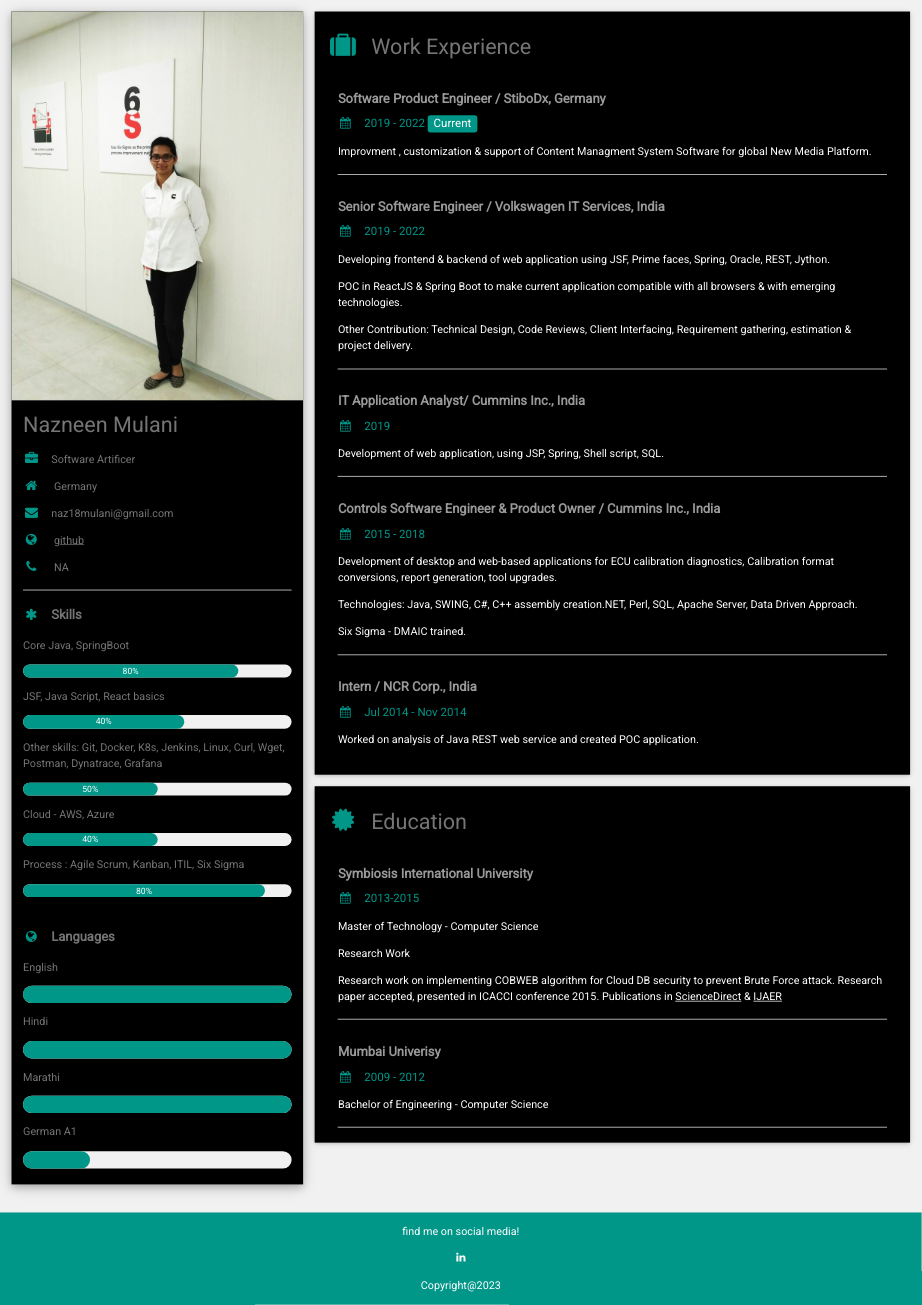
Repository: nazneenprojects/nazneen.github.io
Page: index.html
The author's editor kept a copy of each file at every save. The page is drawn from the files as they stood at one save, then again after the next save.
The browser window is 1280 px wide. The pictures show the whole page, at 72% of full size.

Above is the page before, as saved 2023-07-09 00:03:35.

After the next save:
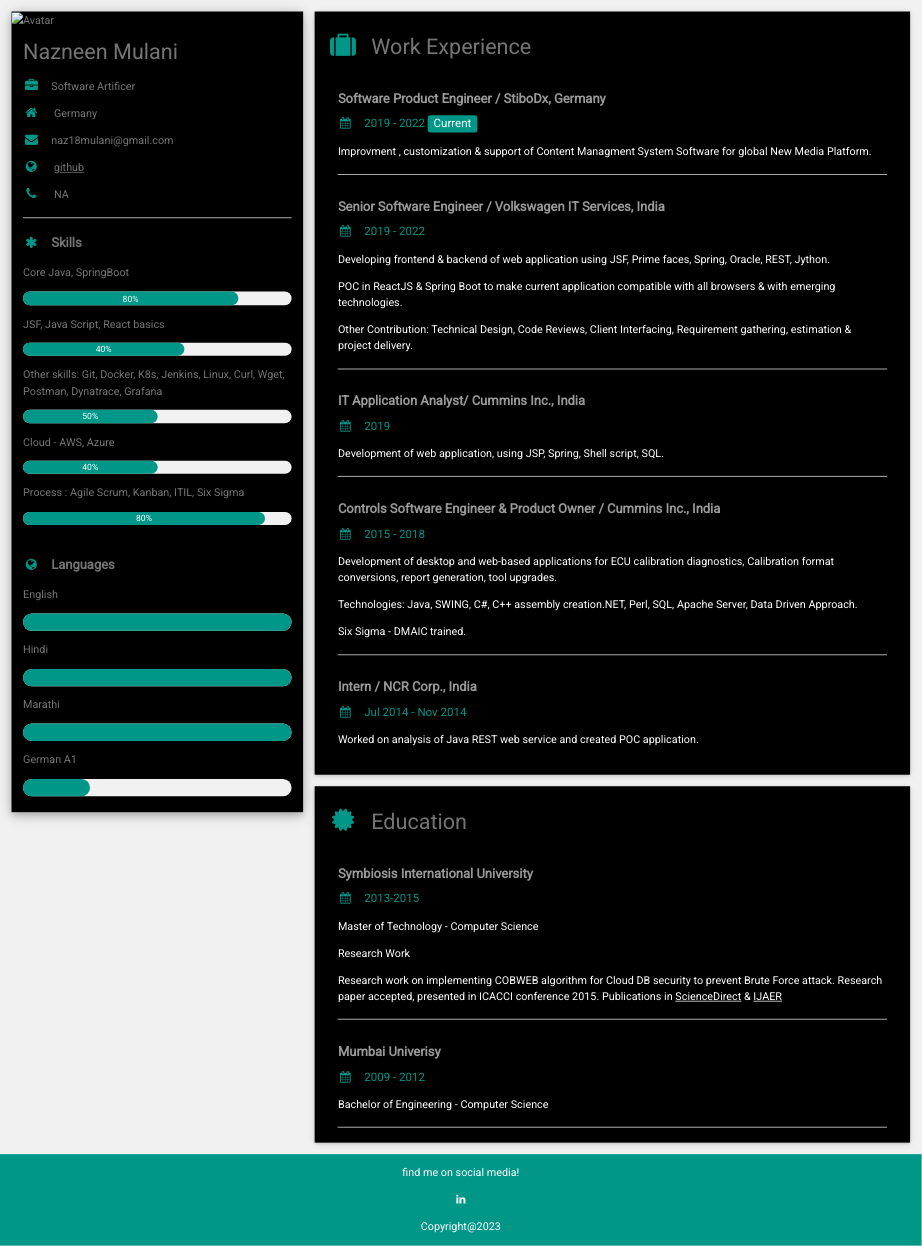
Not found: IMG_Nazneen.JPG
Saved 5 min 9 s later.
--- a/index.html
+++ b/index.html
@@ -22,7 +22,7 @@
 
       <div class="w3-black w3-text-grey w3-card-4">
         <div class="w3-display-container">
-          <img src="naz.jpg" style="width:100%" alt="Avatar">
+          <img src="IMG_Nazneen.JPG" style="width:100%" alt="Avatar">
           <div class="w3-display-bottomleft w3-container w3-text-black">
           </div>
         </div>

After the save that followed:
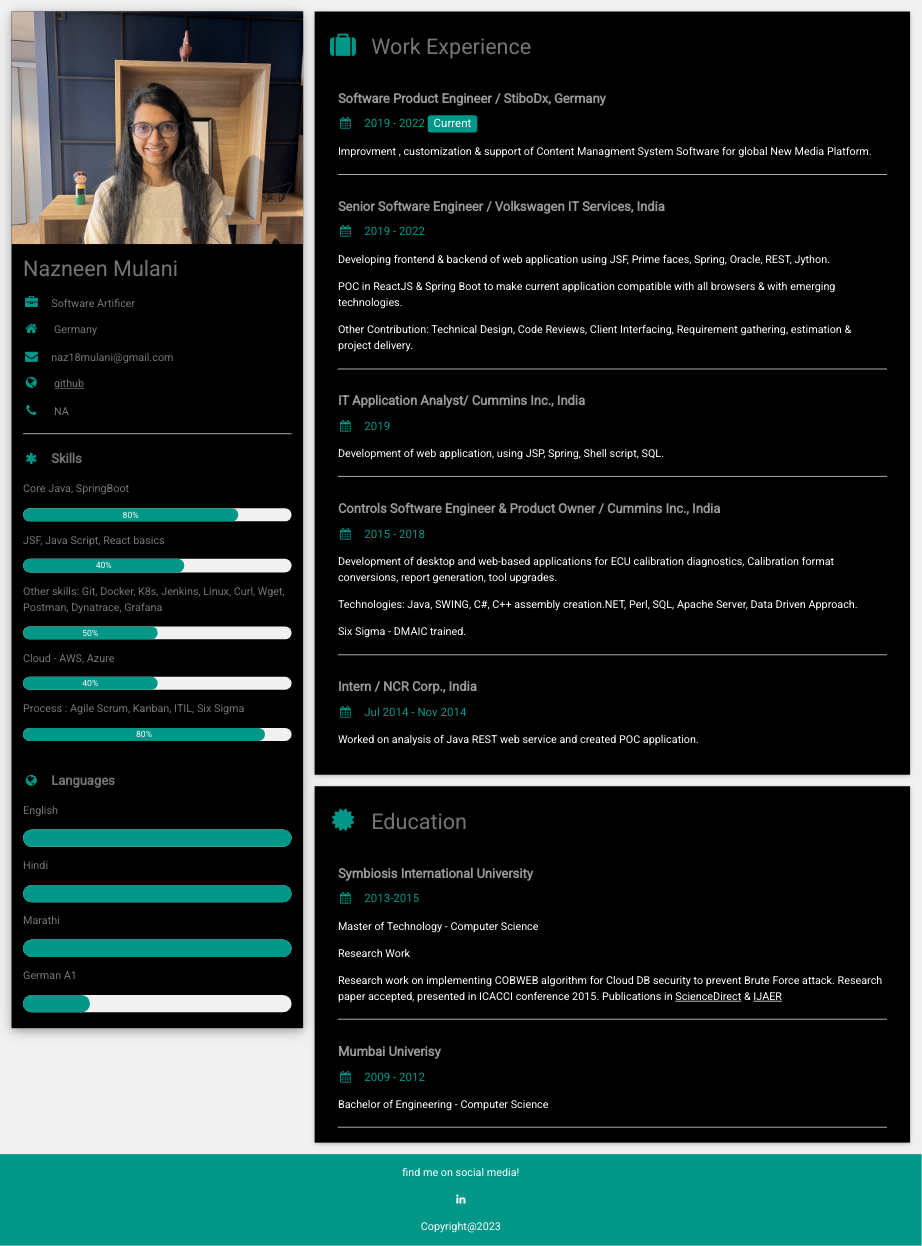
Saved 6 min 49 s later.
--- a/index.html
+++ b/index.html
@@ -22,7 +22,7 @@
 
       <div class="w3-black w3-text-grey w3-card-4">
         <div class="w3-display-container">
-          <img src="IMG_Nazneen.JPG" style="width:100%" alt="Avatar">
+          <img src="IMG_NazneenM.JPG" style="width:100%" alt="Avatar">
           <div class="w3-display-bottomleft w3-container w3-text-black">
           </div>
         </div>
